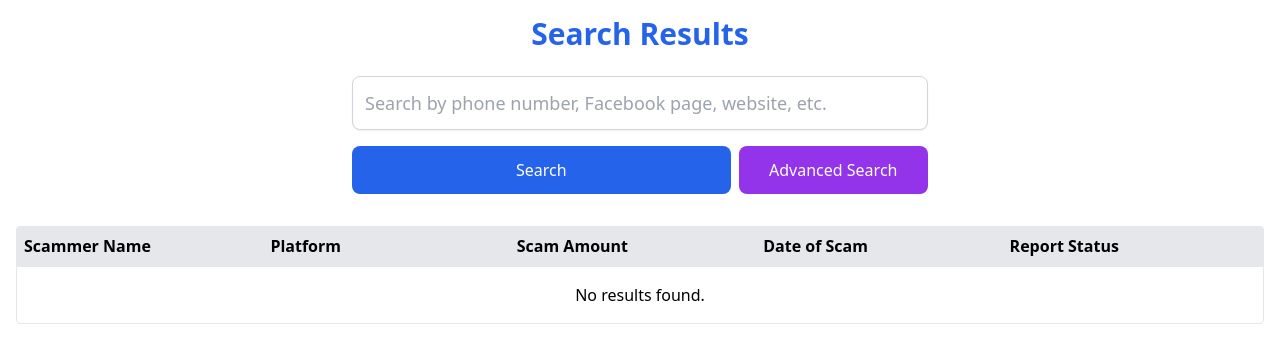
Repository: dev-athar/protarok
Page: /search
The author's editor kept a copy of each file at every save. The page is drawn from the files as they stood at one save, then again after the next save.
The browser window is 1280 px wide. The pictures show the whole page.
The project was rebuilt for these pictures with package versions that can differ from the ones it lists, and the page was loaded fresh each time. Also part of the build but not shown: vite.config.ts, src/pages/RecentScamsList.tsx, src/pages/HomePage.tsx, src/pages/SubmitScamPage.tsx, src/pages/ImageUploader.tsx, src/pages/AdvancedSearchPage.tsx.

Above is the page before, as saved 2025-01-01 13:25:27.

After the next save:
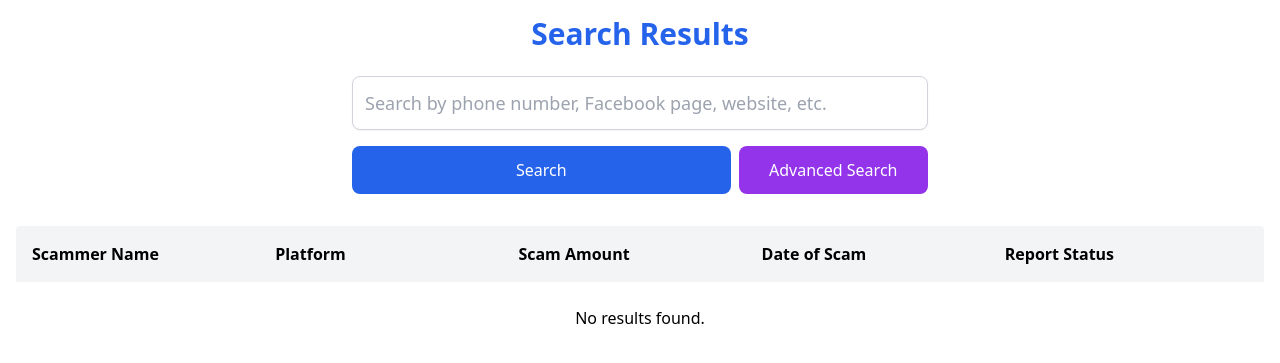
Saved 96 s later.
--- a/src/pages/SearchPage.tsx
+++ b/src/pages/SearchPage.tsx
@@ -53,8 +53,8 @@ const SearchPage = () => {
       </header>
       <SearchBar onSearch={handleSearch} initialQuery={searchTerm} />
       <div className="mt-4">
-        {/* Column Names */}
-        <div className="grid grid-cols-5 font-bold bg-gray-200 p-2 rounded-t">
+        {/* Table Heading */}
+        <div className="grid grid-cols-5 font-bold bg-gray-100 p-4 rounded-t">
           <span>Scammer Name</span>
           <span>Platform</span>
           <span>Scam Amount</span>
@@ -62,8 +62,8 @@ const SearchPage = () => {
           <span>Report Status</span>
         </div>
 
-        {/* List of Cards */}
-        <div className="flex flex-col border rounded-b">
+        {/* Results as Cards */}
+        <div className="flex flex-col gap-4 mt-2">
           {loading ? (
             <p className="text-center p-4">Loading...</p>
           ) : searchResults.length === 0 ? (
@@ -72,13 +72,30 @@ const SearchPage = () => {
             searchResults.map((result, index) => (
               <div
                 key={index}
-                className="grid grid-cols-5 border-b p-2 items-center hover:bg-gray-100"
+                className="border rounded p-4 bg-white shadow-md hover:shadow-lg"
               >
-                <span>{result.scamProfileName}</span>
-                <span>{result.platform}</span>
-                <span>{result.scamAmount}</span>
-                <span>{result.dateOfScam}</span>
-                <span>{result.reportStatus}</span>
+                <div className="grid grid-cols-5 gap-4">
+                  <div className="text-center">
+                    <h4 className="font-bold">Scammer Name</h4>
+                    <p>{result.scamProfileName}</p>
+                  </div>
+                  <div className="text-center">
+                    <h4 className="font-bold">Platform</h4>
+                    <p>{result.platform}</p>
+                  </div>
+                  <div className="text-center">
+                    <h4 className="font-bold">Scam Amount</h4>
+                    <p>{result.scamAmount}</p>
+                  </div>
+                  <div className="text-center">
+                    <h4 className="font-bold">Date of Scam</h4>
+                    <p>{result.dateOfScam}</p>
+                  </div>
+                  <div className="text-center">
+                    <h4 className="font-bold">Report Status</h4>
+                    <p>{result.reportStatus}</p>
+                  </div>
+                </div>
               </div>
             ))
           )}
